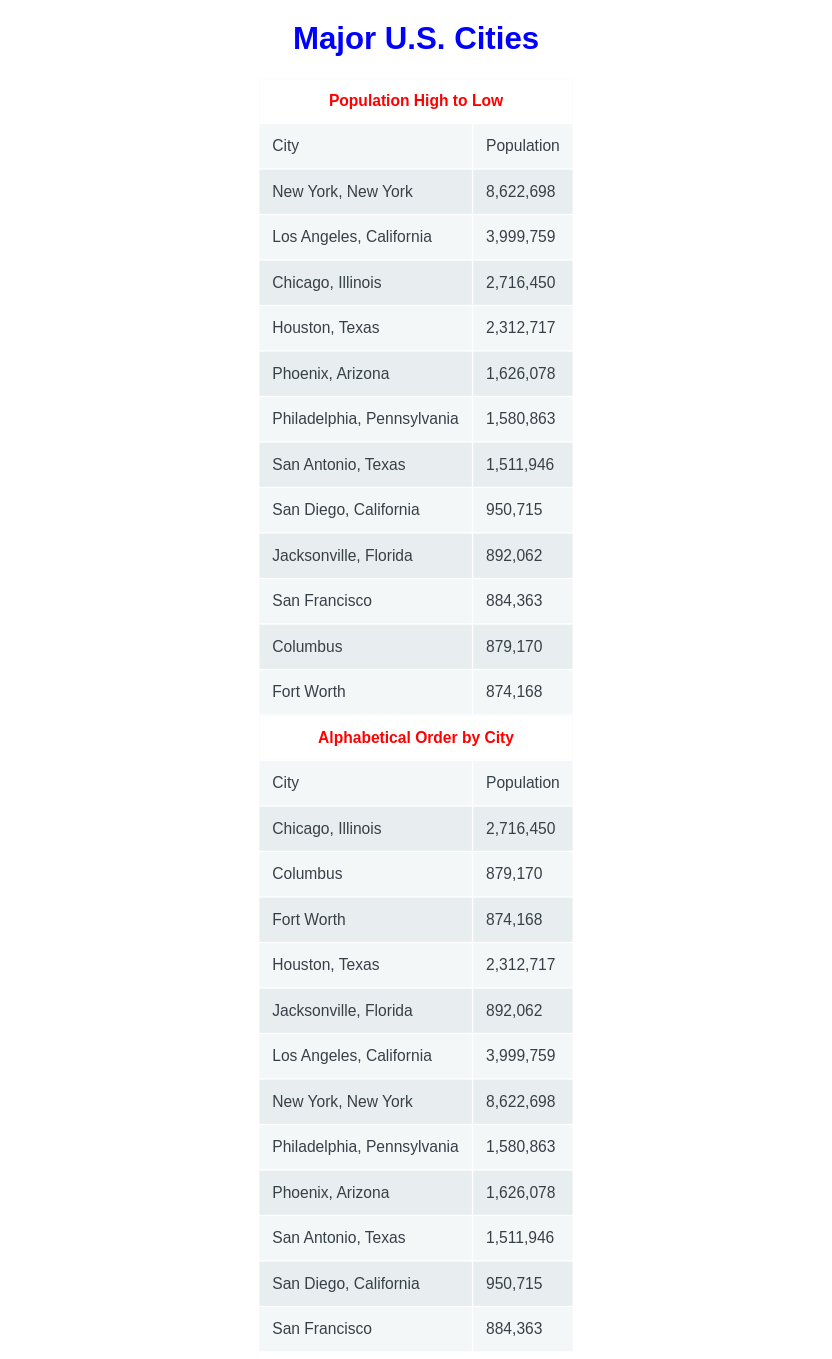
Repository: oduong1/COSW30
Page: http://localhost/homework/hw4/population_array.php
The author's editor kept a record of every edit. The page is drawn from the files as they stood at one moment, then again after the next edit.
The browser window is 1280 px wide. The pictures show the whole page, at 65% of full size.
The page is run by PHP 8.4 with error messages shown; the project is at /var/www/html/.

Above is the page before.
Not found: homework/hw4/normalize.css

After the next edit:
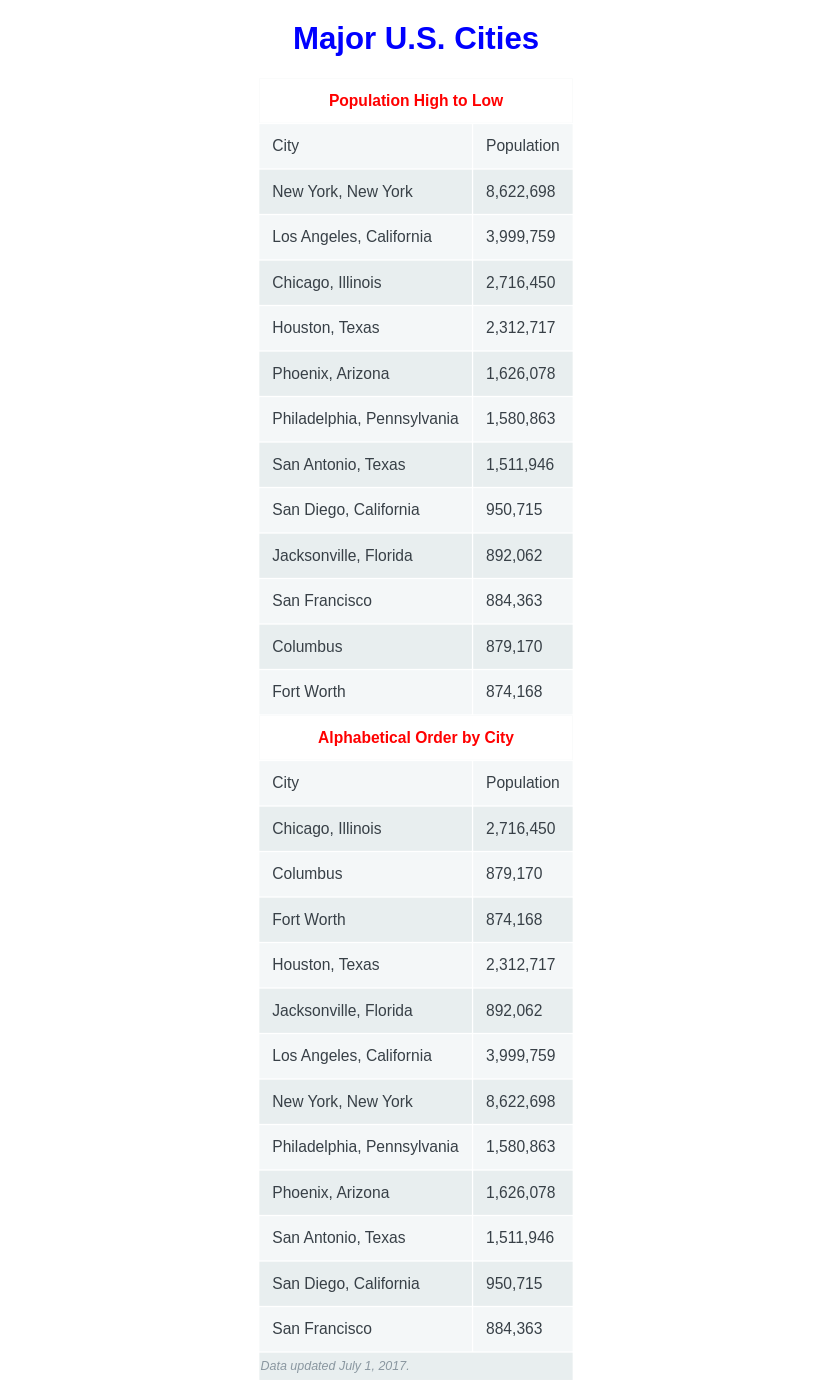
The edit:
--- a/homework/hw4/population_array.php
+++ b/homework/hw4/population_array.php
@@ -66,7 +66,11 @@
             }
 ?>
         </tbody>
-
+                <tfoot>
+          <tr>
+            <td colspan="3">Data updated July 1, 2017.</td>
+          </tr>
+        </tfoot>
       </table>
 
   </body>
